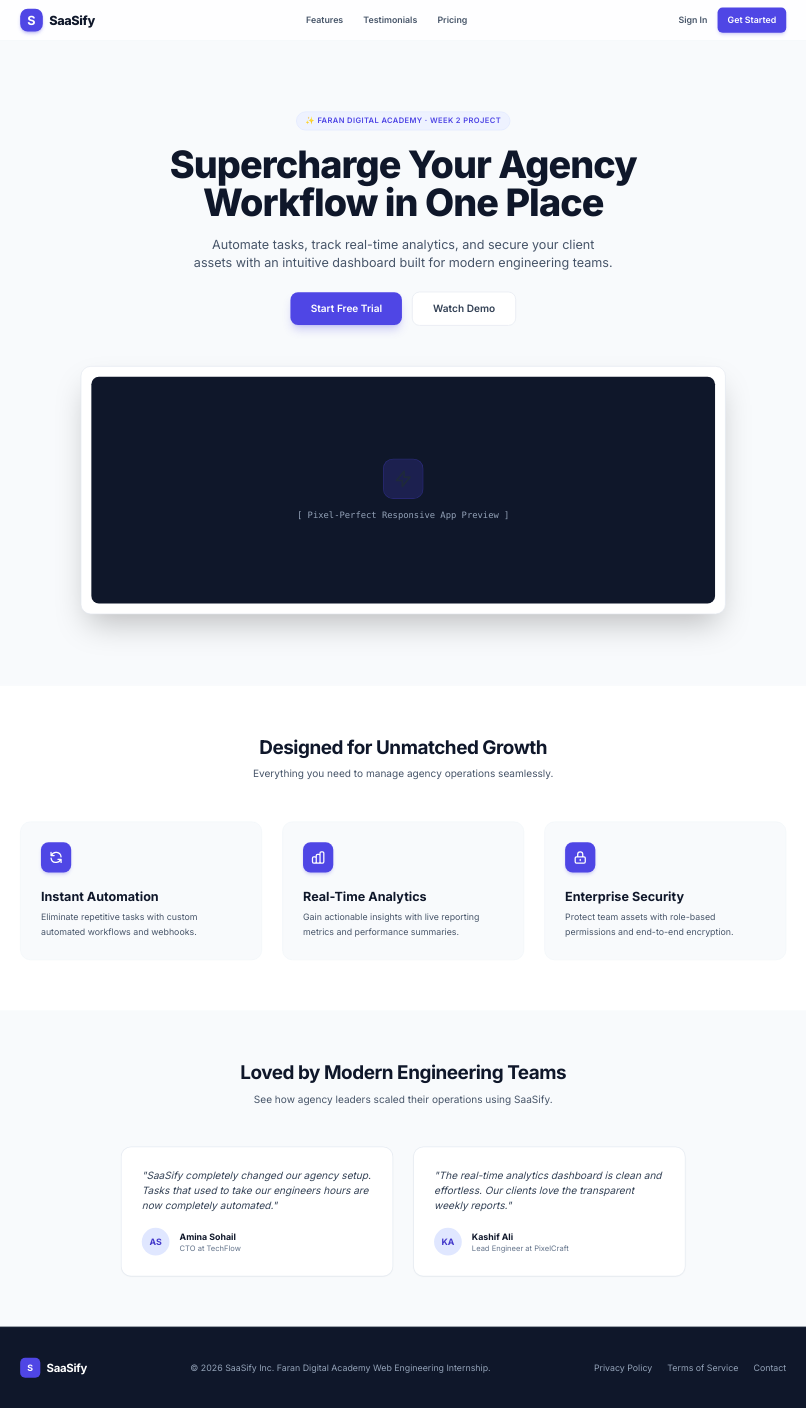
Repository: FatimaAsif1211/waveform-modular
Page: index.html
The author's editor kept a copy of each file at every save. The page is drawn from the files as they stood at one save, then again after the next save.
The browser window is 1280 px wide. The pictures show the whole page, at 63% of full size.
Some web libraries are served in a nearby version.

Above is the page before, as saved 2026-08-15 21:03:07.

### index.html
<!DOCTYPE html>
<html lang="en" class="scroll-smooth">
<head>
  <meta charset="UTF-8" />
  <meta name="viewport" content="width=device-width, initial-scale=1.0" />
  <title>SaaSify — Modern Agency Workflow</title>

  <!-- Tailwind CSS CDN -->
  <script src="https://cdn.tailwindcss.com"></script>
  <script>
    tailwind.config = {
      theme: {
        extend: {
          colors: {
            brand: {
              50: '#eef2ff',
              100: '#e0e7ff',
              600: '#4f46e5',
              700: '#4338ca',
              900: '#1e1b4b',
            }
          }
        }
      }
    }
  </script>

  <!-- Google Fonts: Inter -->
  <link rel="preconnect" href="https://fonts.googleapis.com">
  <link rel="preconnect" href="https://fonts.gstatic.com" crossorigin>
  <link href="https://fonts.googleapis.com/css2?family=Inter:wght@400;500;600;700;800&display=swap" rel="stylesheet">

  <style>
    body { font-family: 'Inter', sans-serif; }
  </style>
</head>
<body class="bg-slate-50 text-slate-800 antialiased selection:bg-brand-600 selection:text-white">

  <!-- ================= HEADER / NAVIGATION ================= -->
  <header class="sticky top-0 z-50 bg-white/80 backdrop-blur-md border-b border-slate-100">
    <div class="max-w-7xl mx-auto px-4 sm:px-6 lg:px-8 h-16 flex items-center justify-between">
      <a href="#" class="flex items-center gap-2.5">
        <div class="w-9 h-9 bg-brand-600 rounded-xl flex items-center justify-center text-white font-bold text-xl shadow-md shadow-brand-600/30">S</div>
        <span class="text-xl font-extrabold text-slate-900 tracking-tight">SaaSify</span>
      </a>

      <nav class="hidden md:flex items-center gap-8 text-sm font-semibold text-slate-600">
        <a href="#features" class="hover:text-brand-600 transition-colors">Features</a>
        <a href="#testimonials" class="hover:text-brand-600 transition-colors">Testimonials</a>
        <a href="#pricing" class="hover:text-brand-600 transition-colors">Pricing</a>
      </nav>

      <div class="flex items-center gap-4">
        <a href="#" class="hidden sm:inline-block text-sm font-semibold text-slate-600 hover:text-slate-900 transition-colors">Sign In</a>
        <a href="#" class="bg-brand-600 text-white text-sm font-semibold px-4 py-2.5 rounded-lg hover:bg-brand-700 shadow-md shadow-brand-600/20 transition-all active:scale-95">Get Started</a>
      </div>
    </div>
  </header>

  <!-- ================= MAIN CONTENT ================= -->
  <main>

    <!-- Hero Section -->
    <section id="hero" class="py-16 sm:py-24 lg:py-28 overflow-hidden">
      <div class="max-w-7xl mx-auto px-4 sm:px-6 lg:px-8 text-center">
        <span class="inline-flex items-center gap-2 px-3.5 py-1.5 bg-brand-50 text-brand-600 rounded-full text-xs font-semibold uppercase tracking-wider mb-6 border border-brand-100">
          ✨ Faran Digital Academy · Week 2 Project
        </span>
        <h1 class="text-3xl sm:text-5xl lg:text-6xl font-extrabold text-slate-900 tracking-tight leading-tight max-w-4xl mx-auto">
          Supercharge Your Agency Workflow in One Place
        </h1>
        <p class="mt-6 text-base sm:text-lg lg:text-xl text-slate-600 max-w-2xl mx-auto font-normal leading-relaxed">
          Automate tasks, track real-time analytics, and secure your client assets with an intuitive dashboard built for modern engineering teams.
        </p>

        <div class="mt-8 flex flex-col sm:flex-row gap-4 justify-center items-center">
          <a href="#" class="w-full sm:w-auto bg-brand-600 text-white font-semibold px-8 py-3.5 rounded-xl hover:bg-brand-700 shadow-lg shadow-brand-600/25 transition-all active:scale-95 text-center">Start Free Trial</a>
          <a href="#" class="w-full sm:w-auto bg-white border border-slate-200 text-slate-700 font-semibold px-8 py-3.5 rounded-xl hover:bg-slate-50 transition-all text-center">Watch Demo</a>
        </div>

        <!-- Dashboard Visual -->
        <div class="mt-12 sm:mt-16 max-w-5xl mx-auto bg-white p-2.5 sm:p-4 rounded-2xl shadow-2xl border border-slate-200">
          <div class="bg-slate-900 rounded-xl p-8 sm:p-16 text-left flex flex-col items-center justify-center min-h-[280px] sm:min-h-[360px]">
            <div class="w-16 h-16 bg-brand-600/20 rounded-2xl flex items-center justify-center mb-4 border border-brand-600/30">
              <svg class="w-8 h-8 text-brand-500" fill="none" stroke="currentColor" viewBox="0 0 24 24">
                <path stroke-linecap="round" stroke-linejoin="round" stroke-width="2" d="M13 10V3L4 14h7v7l9-11h-7z"/>
              </svg>
            </div>
            <p class="text-slate-400 text-xs sm:text-sm font-mono text-center">[ Pixel-Perfect Responsive App Preview ]</p>
          </div>
        </div>
      </div>
    </section>

    <!-- Features Section -->
    <section id="features" class="py-20 bg-white border-t border-slate-100">
      <div class="max-w-7xl mx-auto px-4 sm:px-6 lg:px-8">
        <div class="text-center max-w-2xl mx-auto mb-16">
          <h2 class="text-2xl sm:text-3xl font-bold text-slate-900 tracking-tight">Designed for Unmatched Growth</h2>
          <p class="mt-3 text-slate-600 text-sm sm:text-base">Everything you need to manage agency operations seamlessly.</p>
        </div>

        <div class="grid grid-cols-1 md:grid-cols-3 gap-8">
          <!-- Card 1 -->
          <article class="p-8 rounded-2xl border border-slate-100 bg-slate-50 hover:bg-white hover:border-brand-100 hover:shadow-xl transition-all duration-300">
            <div class="w-12 h-12 bg-brand-600 text-white rounded-xl flex items-center justify-center mb-6 shadow-md shadow-brand-600/20">
              <svg class="w-6 h-6" fill="none" stroke="currentColor" viewBox="0 0 24 24">
                <path stroke-linecap="round" stroke-linejoin="round" stroke-width="2" d="M4 4v5h.582m15.356 2A8.001 8.001 0 004.582 9m0 0H9m11 11v-5h-.581m0 0a8.003 8.003 0 01-15.357-2m15.357 2H15"/>
              </svg>
            </div>
            <h3 class="text-xl font-bold text-slate-900 mb-2">Instant Automation</h3>
            <p class="text-slate-600 leading-relaxed text-sm">Eliminate repetitive tasks with custom automated workflows and webhooks.</p>
          </article>

          <!-- Card 2 -->
          <article class="p-8 rounded-2xl border border-slate-100 bg-slate-50 hover:bg-white hover:border-brand-100 hover:shadow-xl transition-all duration-300">
            <div class="w-12 h-12 bg-brand-600 text-white rounded-xl flex items-center justify-center mb-6 shadow-md shadow-brand-600/20">
              <svg class="w-6 h-6" fill="none" stroke="currentColor" viewBox="0 0 24 24">
                <path stroke-linecap="round" stroke-linejoin="round" stroke-width="2" d="M9 19v-6a2 2 0 00-2-2H5a2 2 0 00-2 2v6a2 2 0 002 2h2a2 2 0 002-2zm0 0V9a2 2 0 012-2h2a2 2 0 012 2v10m-6 0a2 2 0 002 2h2a2 2 0 002-2m0 0V5a2 2 0 012-2h2a2 2 0 012 2v14a2 2 0 01-2 2h-2a2 2 0 01-2-2z"/>
              </svg>
            </div>
            <h3 class="text-xl font-bold text-slate-900 mb-2">Real-Time Analytics</h3>
            <p class="text-slate-600 leading-relaxed text-sm">Gain actionable insights with live reporting metrics and performance summaries.</p>
          </article>

          <!-- Card 3 -->
          <article class="p-8 rounded-2xl border border-slate-100 bg-slate-50 hover:bg-white hover:border-brand-100 hover:shadow-xl transition-all duration-300">
            <div class="w-12 h-12 bg-brand-600 text-white rounded-xl flex items-center justify-center mb-6 shadow-md shadow-brand-600/20">
              <svg class="w-6 h-6" fill="none" stroke="currentColor" viewBox="0 0 24 24">
                <path stroke-linecap="round" stroke-linejoin="round" stroke-width="2" d="M12 15v2m-6 4h12a2 2 0 002-2v-6a2 2 0 00-2-2H6a2 2 0 00-2 2v6a2 2 0 002 2zm10-10V7a4 4 0 00-8 0v4h8z"/>
              </svg>
            </div>
            <h3 class="text-xl font-bold text-slate-900 mb-2">Enterprise Security</h3>
            <p class="text-slate-600 leading-relaxed text-sm">Protect team assets with role-based permissions and end-to-end encryption.</p>
          </article>
        </div>
      </div>
    </section>

    <!-- Testimonials Section -->
    <section id="testimonials" class="py-20 bg-slate-50">
      <div class="max-w-7xl mx-auto px-4 sm:px-6 lg:px-8">
        <div class="text-center max-w-2xl mx-auto mb-16">
          <h2 class="text-2xl sm:text-3xl font-bold text-slate-900 tracking-tight">Loved by Modern Engineering Teams</h2>
          <p class="mt-3 text-slate-600 text-sm sm:text-base">See how agency leaders scaled their operations using SaaSify.</p>
        </div>

        <div class="grid grid-cols-1 md:grid-cols-2 gap-8 max-w-4xl mx-auto">
          <!-- Testimonial 1 -->
          <figure class="p-8 bg-white rounded-2xl shadow-sm border border-slate-200/80">
            <blockquote class="text-slate-700 italic leading-relaxed text-sm sm:text-base">
              "SaaSify completely changed our agency setup. Tasks that used to take our engineers hours are now completely automated."
            </blockquote>
            <figcaption class="mt-6 flex items-center gap-4">
              <div class="w-11 h-11 bg-brand-100 text-brand-700 font-bold rounded-full flex items-center justify-center text-sm">AS</div>
              <div>
                <h3 class="font-bold text-slate-900 text-sm">Amina Sohail</h3>
                <p class="text-xs text-slate-500">CTO at TechFlow</p>
              </div>
            </figcaption>
          </figure>

          <!-- Testimonial 2 -->
          <figure class="p-8 bg-white rounded-2xl shadow-sm border border-slate-200/80">
            <blockquote class="text-slate-700 italic leading-relaxed text-sm sm:text-base">
              "The real-time analytics dashboard is clean and effortless. Our clients love the transparent weekly reports."
            </blockquote>
            <figcaption class="mt-6 flex items-center gap-4">
              <div class="w-11 h-11 bg-brand-100 text-brand-700 font-bold rounded-full flex items-center justify-center text-sm">KA</div>
              <div>
                <h3 class="font-bold text-slate-900 text-sm">Kashif Ali</h3>
                <p class="text-xs text-slate-500">Lead Engineer at PixelCraft</p>
              </div>
            </figcaption>
          </figure>
        </div>
      </div>
    </section>

  </main>

  <!-- ================= FOOTER ================= -->
  <footer class="bg-slate-900 text-slate-400 py-12 border-t border-slate-800">
    <div class="max-w-7xl mx-auto px-4 sm:px-6 lg:px-8 flex flex-col md:flex-row items-center justify-between gap-6 text-center md:text-left">
      <div class="flex items-center gap-2.5">
        <div class="w-8 h-8 bg-brand-600 rounded-lg flex items-center justify-center text-white font-bold text-sm">S</div>
        <span class="text-lg font-bold text-white tracking-tight">SaaSify</span>
      </div>
      <p class="text-xs sm:text-sm">© 2026 SaaSify Inc. Faran Digital Academy Web Engineering Internship.</p>
      <div class="flex gap-6 text-xs sm:text-sm">
        <a href="#" class="hover:text-white transition-colors">Privacy Policy</a>
        <a href="#" class="hover:text-white transition-colors">Terms of Service</a>
        <a href="#" class="hover:text-white transition-colors">Contact</a>
      </div>
    </div>
  </footer>

</body>
</html>

After the next save:
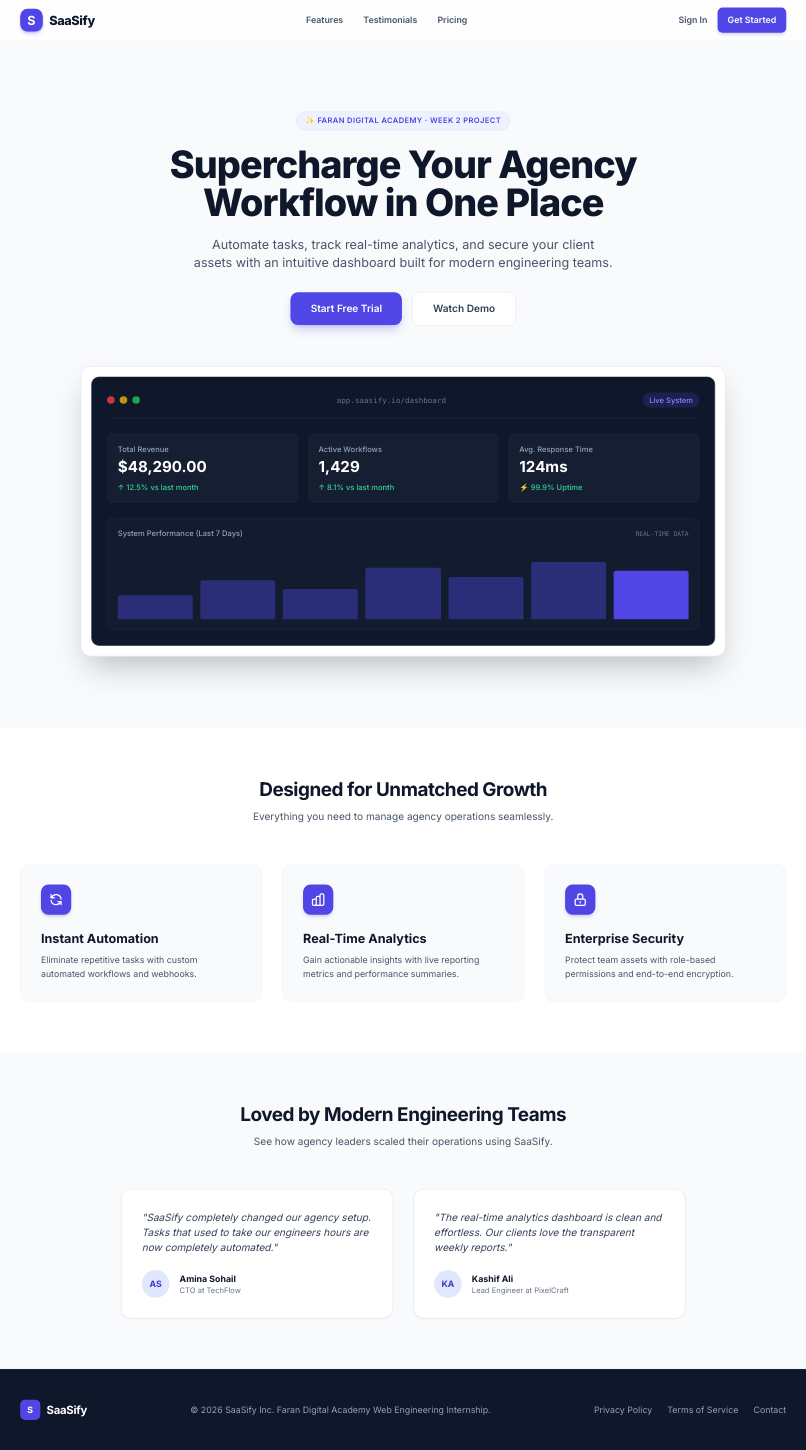
Saved 3 min 21 s later.
--- a/index.html
+++ b/index.html
@@ -15,6 +15,8 @@
             brand: {
               50: '#eef2ff',
               100: '#e0e7ff',
+              400: '#818cf8',
+              500: '#6366f1',
               600: '#4f46e5',
               700: '#4338ca',
               900: '#1e1b4b',
@@ -78,15 +80,57 @@
           <a href="#" class="w-full sm:w-auto bg-white border border-slate-200 text-slate-700 font-semibold px-8 py-3.5 rounded-xl hover:bg-slate-50 transition-all text-center">Watch Demo</a>
         </div>
 
-        <!-- Dashboard Visual -->
+        <!-- Dashboard Visual (Realistic Mockup) -->
         <div class="mt-12 sm:mt-16 max-w-5xl mx-auto bg-white p-2.5 sm:p-4 rounded-2xl shadow-2xl border border-slate-200">
-          <div class="bg-slate-900 rounded-xl p-8 sm:p-16 text-left flex flex-col items-center justify-center min-h-[280px] sm:min-h-[360px]">
-            <div class="w-16 h-16 bg-brand-600/20 rounded-2xl flex items-center justify-center mb-4 border border-brand-600/30">
-              <svg class="w-8 h-8 text-brand-500" fill="none" stroke="currentColor" viewBox="0 0 24 24">
-                <path stroke-linecap="round" stroke-linejoin="round" stroke-width="2" d="M13 10V3L4 14h7v7l9-11h-7z"/>
-              </svg>
-            </div>
-            <p class="text-slate-400 text-xs sm:text-sm font-mono text-center">[ Pixel-Perfect Responsive App Preview ]</p>
+          <div class="bg-slate-900 rounded-xl p-4 sm:p-6 text-left shadow-inner border border-slate-800">
+
+            <!-- Window Top Bar Controls -->
+            <div class="flex items-center justify-between pb-4 border-b border-slate-800 mb-6">
+              <div class="flex items-center gap-2">
+                <span class="w-3 h-3 rounded-full bg-red-500/80 inline-block"></span>
+                <span class="w-3 h-3 rounded-full bg-yellow-500/80 inline-block"></span>
+                <span class="w-3 h-3 rounded-full bg-green-500/80 inline-block"></span>
+              </div>
+              <span class="text-xs text-slate-500 font-mono hidden sm:inline">app.saasify.io/dashboard</span>
+              <span class="text-xs px-2.5 py-1 bg-brand-600/20 text-brand-400 rounded-full font-medium">Live System</span>
+            </div>
+
+            <!-- Metric Cards Row -->
+            <div class="grid grid-cols-1 sm:grid-cols-3 gap-4 mb-6">
+              <div class="p-4 rounded-lg bg-slate-800/50 border border-slate-800">
+                <p class="text-xs text-slate-400 font-medium">Total Revenue</p>
+                <p class="text-xl sm:text-2xl font-bold text-white mt-1">$48,290.00</p>
+                <span class="text-xs text-emerald-400 mt-2 block font-medium">↑ 12.5% vs last month</span>
+              </div>
+              <div class="p-4 rounded-lg bg-slate-800/50 border border-slate-800">
+                <p class="text-xs text-slate-400 font-medium">Active Workflows</p>
+                <p class="text-xl sm:text-2xl font-bold text-white mt-1">1,429</p>
+                <span class="text-xs text-emerald-400 mt-2 block font-medium">↑ 8.1% vs last month</span>
+              </div>
+              <div class="p-4 rounded-lg bg-slate-800/50 border border-slate-800">
+                <p class="text-xs text-slate-400 font-medium">Avg. Response Time</p>
+                <p class="text-xl sm:text-2xl font-bold text-white mt-1">124ms</p>
+                <span class="text-xs text-emerald-400 mt-2 block font-medium">⚡ 99.9% Uptime</span>
+              </div>
+            </div>
+
+            <!-- Activity Chart Simulation -->
+            <div class="p-4 rounded-lg bg-slate-800/30 border border-slate-800">
+              <div class="flex items-center justify-between mb-4">
+                <p class="text-xs text-slate-400 font-medium">System Performance (Last 7 Days)</p>
+                <span class="text-[10px] text-slate-500 uppercase font-mono">Real-time Data</span>
+              </div>
+              <div class="flex items-end gap-2 sm:gap-3 h-28 pt-4">
+                <div class="bg-brand-600/40 hover:bg-brand-600 w-full rounded-t h-[40%] transition-all"></div>
+                <div class="bg-brand-600/40 hover:bg-brand-600 w-full rounded-t h-[65%] transition-all"></div>
+                <div class="bg-brand-600/40 hover:bg-brand-600 w-full rounded-t h-[50%] transition-all"></div>
+                <div class="bg-brand-600/40 hover:bg-brand-600 w-full rounded-t h-[85%] transition-all"></div>
+                <div class="bg-brand-600/40 hover:bg-brand-600 w-full rounded-t h-[70%] transition-all"></div>
+                <div class="bg-brand-600/40 hover:bg-brand-600 w-full rounded-t h-[95%] transition-all"></div>
+                <div class="bg-brand-600 w-full rounded-t h-[80%] transition-all"></div>
+              </div>
+            </div>
+
           </div>
         </div>
       </div>
